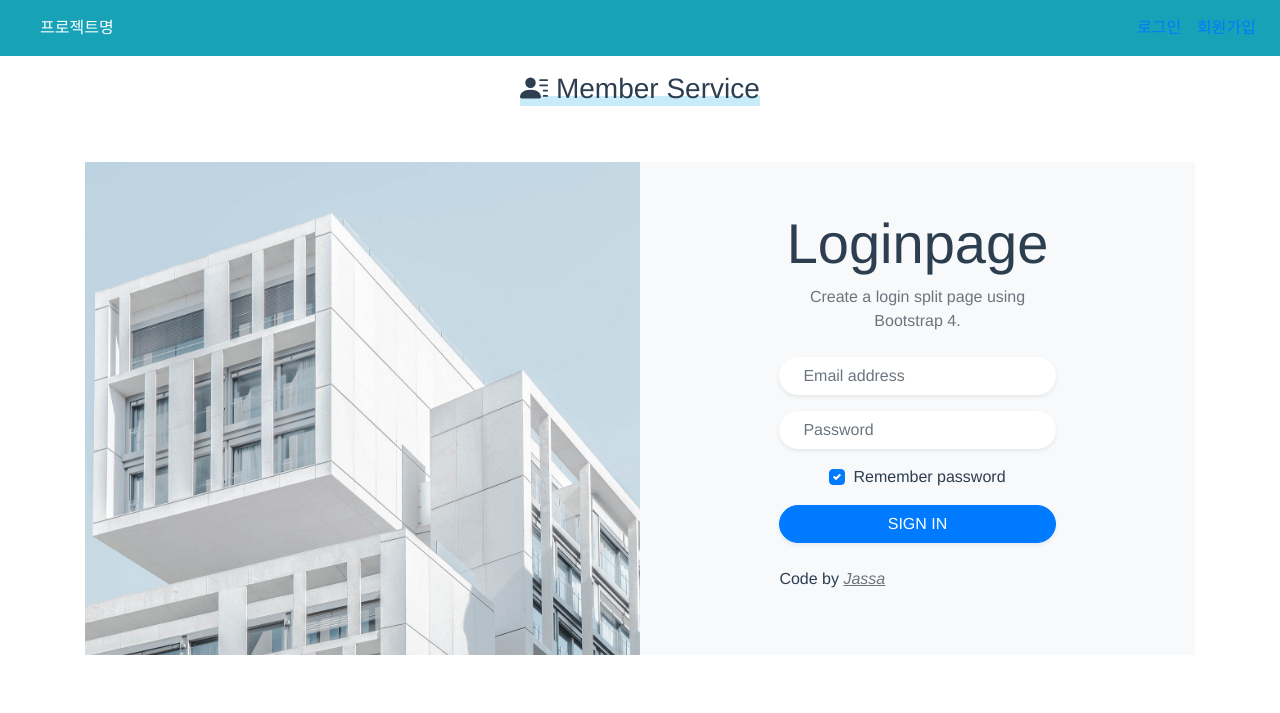
Repository: cheery72/Project_Real_estate
Page: /user/singin (app in frontend/)
The author's editor kept a copy of each file at every save. The page is drawn from the files as they stood at one save, then again after the next save.
The browser window is 1280 px wide. The pictures show the whole page.
The project was rebuilt for these pictures with package versions that can differ from the ones it lists, and the page was loaded fresh each time. Also part of the build but not shown: frontend/vue.config.js, frontend/src/components/user/child/MemberJoinForm.vue, frontend/src/components/user/MemberJoin.vue, frontend/src/components/user/child/MemberInfoForm.vue, frontend/src/components/user/MemberMyPage.vue, frontend/src/components/user/BookMarkListRow.vue, frontend/src/components/user/MemberMyBookmark.vue. Imported but missing from the stored project, and not drawn on this page: frontend/src/views/Home.vue.

Above is the page before, as saved 2021-11-25 11:09:27.

### frontend/src/main.js
import Vue from "vue";
import App from "./App.vue";
import router from "./router";
import store from "./store";
import { BootstrapVue, IconsPlugin } from "bootstrap-vue";
import memberStore from "@/store/modules/memberStore";
import "bootstrap/dist/css/bootstrap.css";
import "bootstrap-vue/dist/bootstrap-vue.css";

// Make BootstrapVue available throughout your project
Vue.use(BootstrapVue);
// Optionally install the BootstrapVue icon components plugin
Vue.use(IconsPlugin);

Vue.config.productionTip = false;

new Vue({
  router,
  store,
  async beforeCreate() {
    let token = sessionStorage.getItem("access-token");
    if (memberStore.state.userInfo == null && token) {
      await memberStore.dispatch("getUserInfo", token);
    }
  },

  render: (h) => h(App),
}).$mount("#app");

### frontend/src/App.vue
<template>
  <div id="app">
    <nav-bar />
    <router-view />
  </div>
</template>

<script>
import NavBar from "@/components/layout/NavBar.vue"

export default {
  components:{
    NavBar,
  }
}

</script>

<style>
#app {
  font-family: Avenir, Helvetica, Arial, sans-serif;
  -webkit-font-smoothing: antialiased;
  -moz-osx-font-smoothing: grayscale;
  text-align: center;
  color: #2c3e50;
}

#nav {
  padding: 30px;
}

#nav a {
  font-weight: bold;
  color: #2c3e50;
}

#nav a.router-link-exact-active {
  color: #42b983;
}
</style>

### frontend/src/router/index.js
import Vue from "vue";
import VueRouter from "vue-router";
import Home from "../views/Home.vue";

import Member from "@/views/Member.vue";
import MemberJoin from "@/components/user/MemberJoin.vue";
import MemberLogin from "@/components/user/MemberLogin.vue";

import MemberMyPage from "@/components/user/MemberMyPage.vue";
import MemberMyBookmark from "@/components/user/MemberMyBookmark.vue";
import store from "@/store/index.js";

// https://router.vuejs.org/kr/guide/advanced/navigation-guards.html
const onlyAuthUser = async (to, from, next) => {
  //어디로 갈건지, 이전, 다음페이지
  // console.log(store);
  const checkUserInfo = store.getters["memberStore/checkUserInfo"]; //checkUserInfo의 리턴값을 가져와라
  const getUserInfo = store._actions["memberStore/getUserInfo"]; //getUserInfo의 리턴값을 가져와라
  let token = sessionStorage.getItem("access-token");
  if (checkUserInfo == null && token) {
    await getUserInfo(token); //서버에 가서 정상적인 토큰인지 검사해라 .. 여기서 정상적인사람이면 서버가 UserInfo를 준다.
  }
  if (checkUserInfo === null) {
    //서버에 갔다왔는데도 null이면...
    alert("로그인이 필요한 페이지입니다..");
    // next({ name: "SignIn" });
    router.push({ name: "SignIn" });
  } else {
    //정상적인 사람이니까 다음페이지로 갈수 있도록 적용(밑에 beforeEnter붙은 것들)
    console.log("로그인 했다.");
    next();
  }
};


Vue.use(VueRouter);

const routes = [
  {
    path: "/",
    name: "Home",
    component: Home,
  },
  {
    path: "/user",
    name: "Member",
    component: Member,
    children: [
      {
        path: "singin",
        name: "SignIn",
        component: MemberLogin,
      },
      {
        path: "singup",
        name: "SignUp",
        component: MemberJoin,
      },
      {
        path: "mybookmark",
        name: "MyBookmark",
        component: MemberMyBookmark,
      },
      {
        path: "mypage",
        name: "MyPage",
        beforeEnter: onlyAuthUser,
        component: MemberMyPage,
      },
    ],
  },
];

const router = new VueRouter({
  mode: "history",
  base: process.env.BASE_URL,
  routes,
});

export default router;

### frontend/src/store/index.js
import Vue from "vue";
import Vuex from "vuex";
import http from "@/js/http-common.js";
import createPersistedState from "vuex-persistedstate";
import memberStore from "@/store/modules/memberStore.js";

Vue.use(Vuex);

export default new Vuex.Store({
  state: {
    sidos: [{ value: null, text: "선택하세요" }],
    guguns: [{ value: null, text: "선택하세요" }],
    dongs: [{ value: null, text: "선택하세요" }],
    apts: [],
    apt: null,
    positions: [],
    cctvs: [],
    dongName: null,
    subways: [],
    schools: [],
    // bookmark: null,
    // bookmarks: [],
  },
  mutations: {
    // 시도 리스트
    SET_SIDO_LIST(state, sidos) {
      sidos.forEach((sido) => {
        state.sidos.push({ value: sido.sidoCode, text: sido.sidoName });
      });
    },
    CLEAR_SIDO_LIST(state) {
      state.guguns = [{ value: null, text: "선택하세요" }];
    },
    // 구군 리스트
    SET_GUGUN_LIST(state, guguns) {
      guguns.forEach((gugun) => {
        state.guguns.push({ value: gugun.gugunCode, text: gugun.gugunName });
      });
    },
    CLEAR_GUGUN_LIST(state) {
      state.guguns = [{ value: null, text: "선택하세요" }];
    },
    // 동 리스트
    SET_DONG_LIST(state, dongs) {
      dongs.forEach((dong) => {
        state.dongs.push({
          value: [dong.dongCode, dong.dongName],
          text: dong.dongName,
        });
      });
    },
    CLEAR_DONG_LIST(state) {
      state.dongs = [{ value: null, text: "선택하세요" }];
    },
    // 해당 구,동 아파트 리스트
    SET_APT_LIST(state, apts) {
      state.apts = apts;
      state.dongName = apts[0].dongName;
    },
    CLEAR_APT_LIST(state) {
      state.positions = [];
    },
    // 아파트 선택시 세부사항
    SET_DETAIL_APT(state, apt) {
      state.apt = apt;
    },
    // cctv 정보
    SET_CCTV_LIST(state, cctv) {
      state.cctvs = cctv;
    },
    // 지하철 정보
    SET_SUBWAY_LIST(state, subway) {
      state.subways = subway;
    },
    // 학교 정보
    SET_SCHOOL_LIST(state, school) {
      state.schools = school;
    },
    // SET_DETAIL_BOOKMARK(state, apt) {
    //   state.bookmark = apt;

    // }
  },
  actions: {
    // 셀렉트바 시도 가져오기
    getSido({ commit }) {
      http
        .get(`/apt/sido`)
        .then((response) => {
          commit("SET_SIDO_LIST", response.data);
        })
        .catch((error) => {
          console.log(error);
        });
    },
    getGugun({ commit }, sidoCode) {
      const params = { sido: sidoCode };
      http
        .get(`/apt/gugun`, { params })
        .then((response) => {
          commit("SET_GUGUN_LIST", response.data);
        })
        .catch((error) => {
          console.log(error);
        });
    },
    getDong({ commit }, gugunCode) {
      const params = { gugun: gugunCode };
      http
        .get(`/apt/dongname`, { params })
        .then((response) => {
          commit("SET_DONG_LIST", response.data);
        })
        .catch((error) => {
          console.log(error);
        });
    },
    getAptList({ commit }, dongCode) {
      const params = { dong: dongCode };
      http
        .get(`/apt/aptinfo`, { params })
        .then((response) => {
          commit("SET_APT_LIST", response.data);
        })
        .catch((error) => {
          console.log(error);
        });
    },
    getCctvList({ commit }, dongName) {
      const params = { dong: dongName };
      http
        .get(`/cctv/cctvinfo`, { params })
        .then((response) => {
          commit("SET_CCTV_LIST", response.data);
        })
        .catch((error) => {
          console.log(error);
        });
    },
    getSubwayList({ commit }) {
      http
        .get(`/subway/subwayinfo`)
        .then((response) => {
          commit("SET_SUBWAY_LIST", response.data);
        })
        .catch((error) => {
          console.log(error);
        });
    },
    getSchoolList({ commit }, dongName) {
      const params = { dong: dongName };
      http
        .get(`/school/schoolinfo`, { params })
        .then((response) => {
          commit("SET_SCHOOL_LIST", response.data);
        })
        .catch((error) => {
          console.log(error);
        });
    },
    // detailBookmark({ commit }, apt) {
    //   commit("SET_DETAIL_BOOKMARK", apt)

    // }
  },
  modules: { memberStore },
  plugins: [
    createPersistedState({
      // 브라우저 종료시 제거하기 위해 localStorage가 아닌 sessionStorage로 변경. (default: localStorage)
      storage: sessionStorage,
    }),
  ],
});

### frontend/src/store/modules/memberStore.js
import jwt_decode from "jwt-decode";
import { login } from "@/api/member.js";
import { findById } from "@/api/member";
import http from "@/js/http-common.js";


const memberStore = {
  namespaced: true,
  state: {
    isLogin: false,
    isLoginError: false,
    userInfo: null,
    bookmark: [],
    bookmarks: [],
  },
  getters: {
    checkUserInfo: function (state) {
      return state.userInfo;
    },
  },
  mutations: {
    SET_IS_LOGIN: (state, isLogin) => {
      state.isLogin = isLogin;
    },
    SET_IS_LOGIN_ERROR: (state, isLoginError) => {
      state.isLoginError = isLoginError;
    },
    SET_USER_INFO: (state, userInfo) => {
      state.isLogin = true;
      state.userInfo = userInfo;
    },
    SET_BOOKMARK_LIST(state, apt){
      // 배열에 추가
      state.bookmark.push(apt);
    },
    SET_BOOKMARK_INFO(state, mark){
      // state.bookmarks = mark;
      state.bookmarks.push(mark);
    },
    SET_BOOKMARK_LIST_INFO(state, bookmarklist) {
      state.bookmarks = bookmarklist;
    }
  },
  actions: {
    async userConfirm({ commit }, user) {
      await login(
        user,
        (response) => {
          if (response.data.message === "success") {
            let token = response.data["access-token"];
            commit("SET_IS_LOGIN", true);
            commit("SET_IS_LOGIN_ERROR", false);
            sessionStorage.setItem("access-token", token);

          } else {
            commit("SET_IS_LOGIN", false);
            commit("SET_IS_LOGIN_ERROR", true);
          }
        },
        () => {}
      );
    },
    getUserInfo({ commit }, token) {
      let decode_token = jwt_decode(token);
      findById(
        decode_token.userid,
        (response) => {
          if (response.data.message === "success") {
            commit("SET_USER_INFO", response.data.userInfo);
          } else {
            console.log("유저 정보 없음!!");
          }
        },
        (error) => {
          console.log(error);
        }
      );
    },
    getBookmark({ commit }, mark) {//등록

      let decode_token = jwt_decode(sessionStorage.getItem("access-token"));

      const params = { bookmark: mark.aptCode, accesstoken: decode_token.userid };
      console.log("파라미터출력",params);

      http
      .post(`/bookmark/register`, params)
      .then((response) => {
        console.log("response출력");
        console.log(response.data);
        commit("SET_BOOKMARK_INFO", response.data);
      }).catch((error) => {
        console.log("에러출력");
        console.log(error);
      })
    },

    getBookmarkList({ commit }) {

      let decode_token = jwt_decode(sessionStorage.getItem("access-token"));
      const userid= decode_token.userid;

      http.get(`/bookmark/list/${userid}`).then(({ data }) => {

        console.log("북마크조회 결과", data);
        commit("SET_BOOKMARK_LIST_INFO", data.result);
         });

    }
  },
};

export default memberStore;

### frontend/src/components/layout/NavBar.vue
<template>
  <div>
  <b-navbar toggleable="lg" type="dark" variant="info">
    <b-navbar-brand href="#"></b-navbar-brand>

    <b-navbar-toggle target="nav-collapse"></b-navbar-toggle>

    <b-collapse id="nav-collapse" is-nav>
      <b-navbar-nav>
        <b-nav-item href="#"
            ><router-link :to="{ name: 'Home' }" class="link" style="color: white"
            >프로젝트명</router-link
            ></b-nav-item
          >
      </b-navbar-nav>

      <!-- Right aligned nav items -->
      <b-navbar-nav class="ml-auto" v-if="userInfo">
          <b-nav-item class="align-self-center"
            ><b-avatar
              variant="primary"
              v-text="userInfo ? userInfo.userid.charAt(0).toUpperCase() : ''"
            ></b-avatar
            >{{ userInfo.username }}({{ userInfo.userid }})님
            환영합니다.</b-nav-item
          >
          <b-nav-item class="align-self-center"
            ><router-link
              :to="{ name: 'MyPage' }"
              class="link align-self-center" style="color: white"
              >내정보보기</router-link
            ></b-nav-item
          >
           <b-nav-item href="#" class="link align-self-center"
            ><router-link :to="{ name: 'MyBookmark' }" class="link" style="color: white"
              >내관심지역</router-link
            ></b-nav-item
          >
          <b-nav-item
            class="link align-self-center"
            @click.prevent="onClickLogout"
            >로그아웃</b-nav-item
          >
        </b-navbar-nav>

        <!-- Right aligned nav items -->
        <b-navbar-nav class="ml-auto" v-else>
          <b-nav-item href="#"
            ><router-link :to="{ name: 'SignIn' }" class="link"
              >로그인</router-link
            ></b-nav-item
          >

          <b-nav-item href="#"
            ><router-link :to="{ name: 'SignUp' }" class="link"
              >회원가입</router-link
            ></b-nav-item
          >
        </b-navbar-nav>
    </b-collapse>
  </b-navbar>
</div>
</template>

<script>
import { mapState, mapMutations } from "vuex";

const memberStore = "memberStore";

export default {
  name: "NavBar",
  computed: {
    ...mapState(memberStore, ["isLogin", "userInfo"]),
  },
  methods: {
    ...mapMutations(memberStore, ["SET_IS_LOGIN", "SET_USER_INFO"]),
    onClickLogout() {
      this.SET_IS_LOGIN(false);
      this.SET_USER_INFO(null);
      sessionStorage.removeItem("access-token");
      if (this.$route.path != "/") this.$router.push({ name: "Home" });
    },
  },
};
</script>

<style>
a {
  color:azure;
}
</style>

### frontend/src/views/Member.vue
<template>
  <b-container class="bv-example-row mt-3 text-center">
    <h3 class="underline-steelblue">
      <b-icon icon="person-lines-fill"></b-icon> Member Service
    </h3>
    <router-view></router-view>
  </b-container>
</template>

<script>
export default {
  name: "Member",
};
</script>

<style scoped>
.underline-steelblue {
  display: inline-block;
  background: linear-gradient(
    180deg,
    rgba(255, 255, 255, 0) 70%,
    rgba(72, 190, 233, 0.3) 30%
  );
}
</style>

### frontend/src/components/user/MemberLogin.vue
<template>

 <div class="container-fluid">
   <br>
   <br>
    <div class="row no-gutter">
        <!-- The image half -->
        <div class="col-md-6 d-none d-md-flex bg-image"></div>


        <!-- The content half -->
        <div class="col-md-6 bg-light">
            <div class="login d-flex align-items-center py-5">

                <!-- Demo content-->
                <div class="container">
                    <div class="row">
                        <div class="col-lg-10 col-xl-7 mx-auto">
                            <h2 class="display-4">Loginpage</h2>
                            <p class="text-muted mb-4">Create a login split page using Bootstrap 4.</p>
                            <form>
                                <div class="form-group mb-3">
                                    <input id="inputEmail" type="email" placeholder="Email address" required="" autofocus="" class="form-control rounded-pill border-0 shadow-sm px-4">
                                </div>
                                <div class="form-group mb-3">
                                    <input id="inputPassword" type="password" placeholder="Password" required="" class="form-control rounded-pill border-0 shadow-sm px-4 text-primary">
                                </div>
                                <div class="custom-control custom-checkbox mb-3">
                                    <input id="customCheck1" type="checkbox" checked class="custom-control-input">
                                    <label for="customCheck1" class="custom-control-label">Remember password</label>
                                </div>
                                <button type="submit" class="btn btn-primary btn-block text-uppercase mb-2 rounded-pill shadow-sm">Sign in</button>
                                <div class="text-center d-flex justify-content-between mt-4"><p>Code by <a href="#" class="font-italic text-muted">
                                        <u>Jassa</u></a></p></div>
                            </form>
                        </div>
                    </div>
                </div><!-- End -->

            </div>
        </div><!-- End -->

    </div>
</div>
</template>
<style>
.login,
.image {
  min-height: 50vh;
}

.bg-image {
  /* //background-image: url('https://therichpost.com/wp-content/uploads/2021/02/login-split.jpg'); */
  background-image: url("../../assets/apartment.jpg");
  background-size: cover;
  background-position: center center;
}
</style>



<script>
import { mapState, mapActions } from "vuex";

const memberStore = "memberStore";

export default {
  name: "MemberLogin",
  data() {
    return {
      user: {
        userid: null,
        userpwd: null,
      },
    };
  },
  computed: {
    ...mapState(memberStore, ["isLogin", "isLoginError"]),
  },
  methods: {
    ...mapActions(memberStore, ["userConfirm", "getUserInfo"]),
    async confirm() {
      await this.userConfirm(this.user);
      let token = sessionStorage.getItem("access-token");
      if (this.isLogin) {
        await this.getUserInfo(token);
        this.$router.push({ name: "Home" });
      }
    },
    movePage() {
      this.$router.push({ name: "SignUp" });
    },
  },
};
</script>

<style></style>

### frontend/src/api/member.js
import { apiInstance } from "./index.js";

const api = apiInstance();

async function login(user, success, fail) {
    await api
        .post(`/user/login`, JSON.stringify(user))
        .then(success)
        .catch(fail);
}

async function findById(userid, success, fail) {
    api.defaults.headers["access-token"] =
        sessionStorage.getItem("access-token");
    await api.get(`/user/info/${userid}`).then(success).catch(fail);
}
//회원가입
async function joinMember(user, success, fail) {
    await api
        .post(`/user/join`, JSON.stringify(user))
        .then(success)
        .catch(fail);
}

//아이디체크
async function checkId(userid, success, fail) {
    await api.get(`/user/idCheck/${userid}`).then(success).catch(fail);
}

//수정
async function modifyInfo(user, success, fail) {
    api.defaults.headers["access-token"] =
        sessionStorage.getItem("access-token");
    await api
        .put(`/user/${user.userId}`, JSON.stringify(user))
        .then(success)
        .catch(fail);
}

//삭제
async function deleteInfo(user, success, fail) {
    api.defaults.headers["access-token"] =
        sessionStorage.getItem("access-token");
    await api.delete(`/user/${user.userId}`).then(success).catch(fail);
}

export { login, findById, modifyInfo, deleteInfo, joinMember, checkId };

### frontend/src/api/index.js
import axios from "axios";
import { API_BASE_URL } from "@/config";

// axios 객체 생성
function apiInstance() {
    const instance = axios.create({
        baseURL: API_BASE_URL,
        headers: {
            "Content-type": "application/json",
        },
    });
    return instance;
}

export { apiInstance };

### frontend/src/config/index.js
const API_BASE_URL = "http://localhost:8080";
export { API_BASE_URL };

Loaded but not shown: frontend/public/index.html (common file); frontend/src/js/http-common.js (common file)

After the next save:
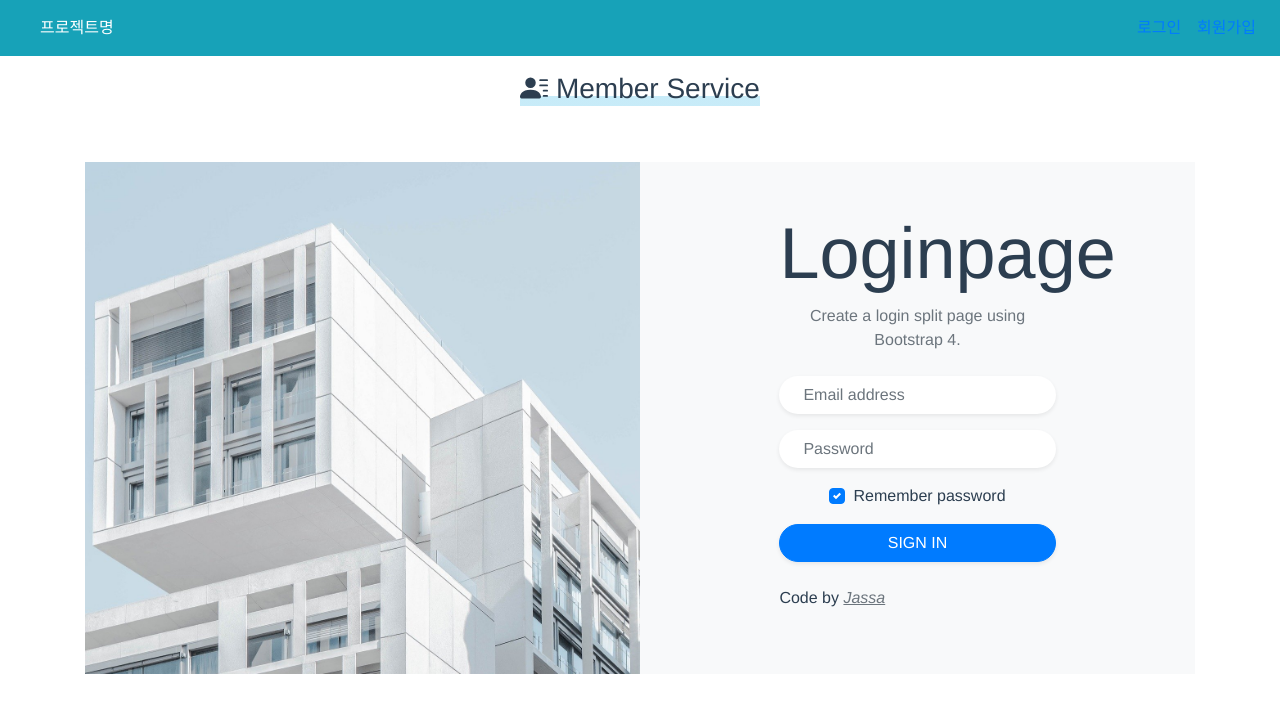
Saved 24 s later.
--- a/frontend/src/components/user/MemberLogin.vue
+++ b/frontend/src/components/user/MemberLogin.vue
@@ -16,7 +16,7 @@
                 <div class="container">
                     <div class="row">
                         <div class="col-lg-10 col-xl-7 mx-auto">
-                            <h2 class="display-4">Loginpage</h2>
+                            <h2 class="display-3">Loginpage</h2>
                             <p class="text-muted mb-4">Create a login split page using Bootstrap 4.</p>
                             <form>
                                 <div class="form-group mb-3">
